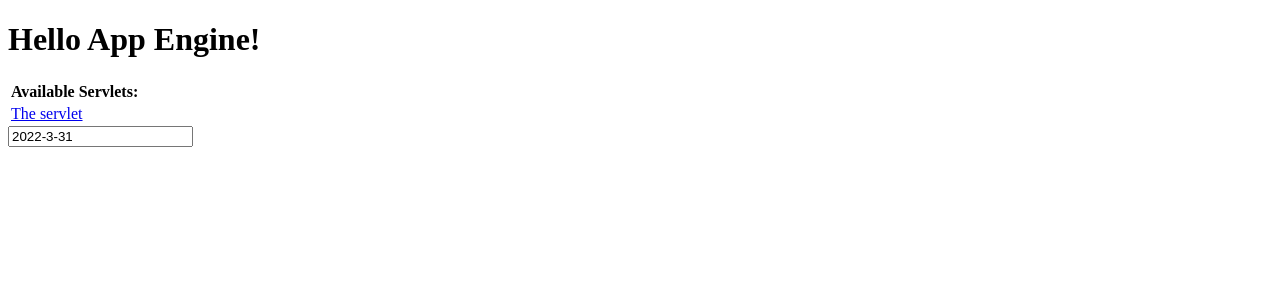
Repository: rishabparekh14/Servlet_GAE
Page: Clock/src/main/webapp/index.html
These files come from the project's save history. The page is drawn as it stood at one moment and after the next save; the edit follows.
The browser window is 1280 px wide. The pictures show the whole page.

Above is the page before, as saved 2022-03-31 22:26:10.

After the next save:
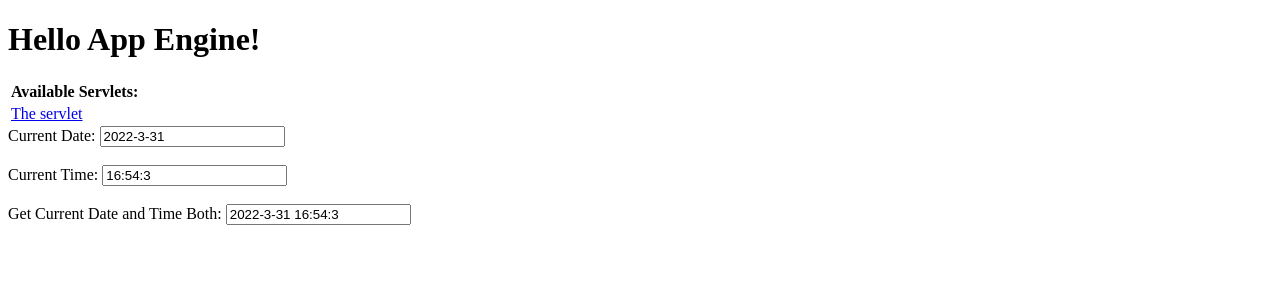
Saved 2 min 6 s later.
--- a/Clock/src/main/webapp/index.html
+++ b/Clock/src/main/webapp/index.html
@@ -16,11 +16,33 @@
         <td><a href='/hello'>The servlet</a></td>
       </tr>
     </table>
-    <input type="text" id="currentDate">
-  </body>
-  <script>
+Current Date:
+<input type="text" id="currentDate">
+<br><br>
+<script>
   var today = new Date();
   var date = today.getFullYear()+'-'+(today.getMonth()+1)+'-'+today.getDate();
   document.getElementById("currentDate").value = date;
 </script>
+<!-- Current Time -->
+Current Time:
+<input type="text" id="currentTime">
+<br><br>
+<script>
+var today = new Date();
+var time = today.getHours() + ":" + today.getMinutes() + ":" + today.getSeconds();
+  document.getElementById("currentTime").value = time;
+</script>
+<!-- Current Date and Time -->
+Get Current Date and Time Both:
+<input type="text" id="currentDateTime">
+<br><br>
+<script>
+  var today = new Date();
+var date = today.getFullYear()+'-'+(today.getMonth()+1)+'-'+today.getDate();
+var time = today.getHours() + ":" + today.getMinutes() + ":" + today.getSeconds();
+var dateTime = date+' '+time;
+  document.getElementById("currentDateTime").value = dateTime;
+</script>
+  </body>
 </html>
